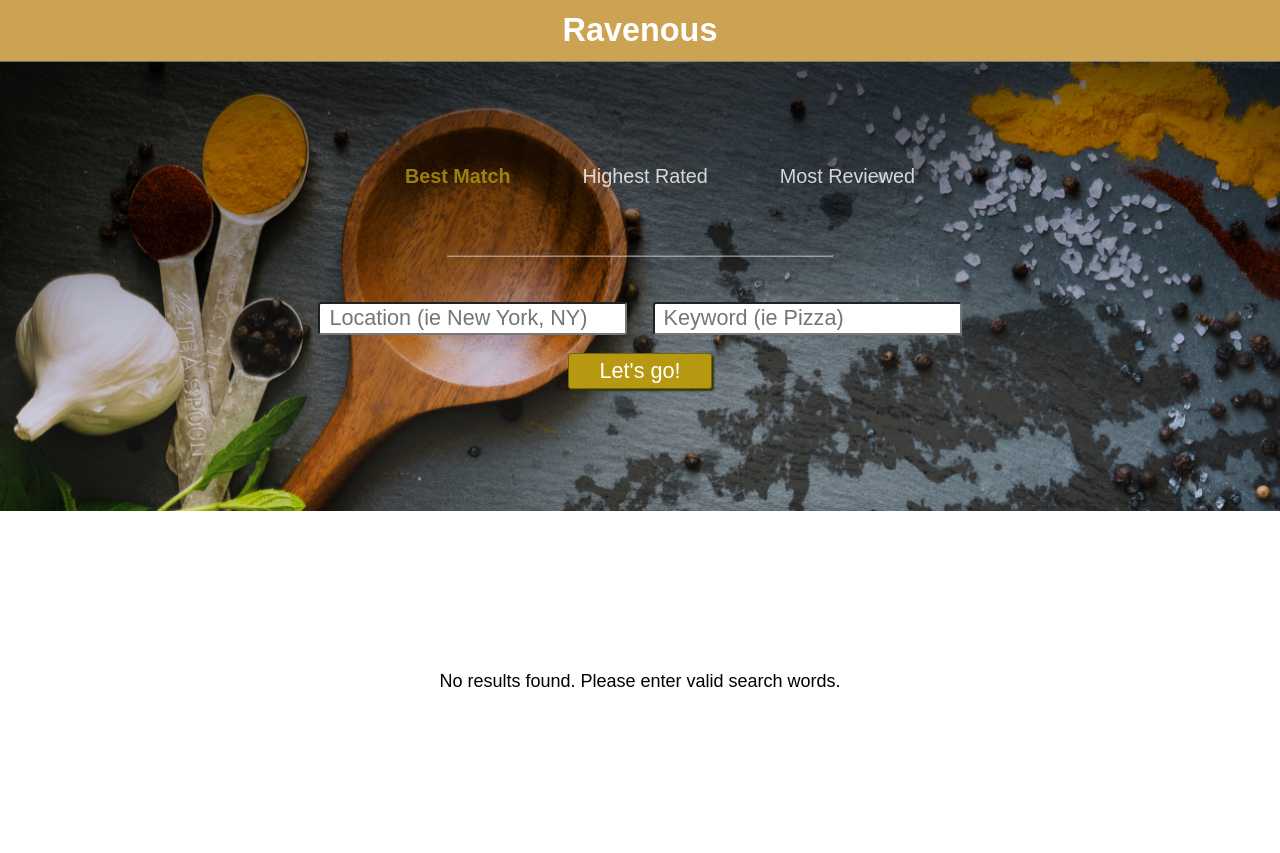
Repository: LolaSL/Ravenous
Page: /
The author's editor kept a copy of each file at every save. The page is drawn from the files as they stood at one save, then again after a run of saves.
The browser window is 1280 px wide. The pictures show the whole page.
The page's requests for data from a server got no answer. The project was rebuilt for these pictures with package versions that can differ from the ones it lists, and the page was loaded fresh each time. No one was signed in, and anything a server would have sent is missing. Also part of the build but not shown: src/Business/Business.js.

Above is the page before, as saved 2024-03-24 12:10:16.

After the next 2 saves:
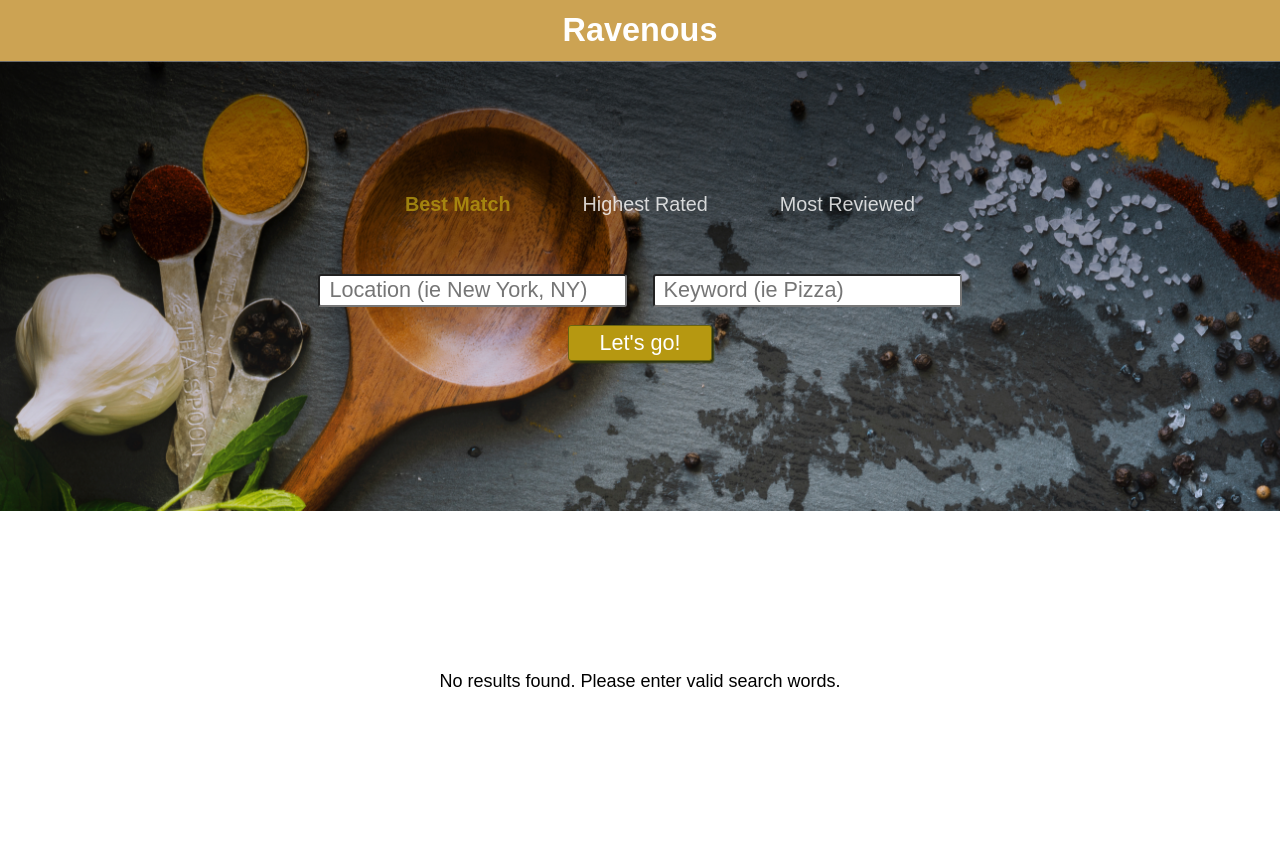
The 2 saves are shown as one change because they came seconds apart.
The last was saved 48 s later.
--- a/src/SearchBar/SearchBar.js
+++ b/src/SearchBar/SearchBar.js
@@ -44,7 +44,6 @@ function SearchBar({ searchYelp }) {
                     <li key={choice.id} value={choice.id} onClick={() => handleSortChange(choice.id)} className={sort === choice.id ? "active" : ""}>{choice.choice}</li>
                 ))}
             </ul>
-            <hr />
             <div id="user-input">
                 <input className="search-input" id="location" onChange={handleLocationChange} placeholder="Location (ie New York, NY)" />
                 <input className="search-input" id="keyword" onChange={handleKeywordChange} placeholder="Keyword (ie Pizza)" />
